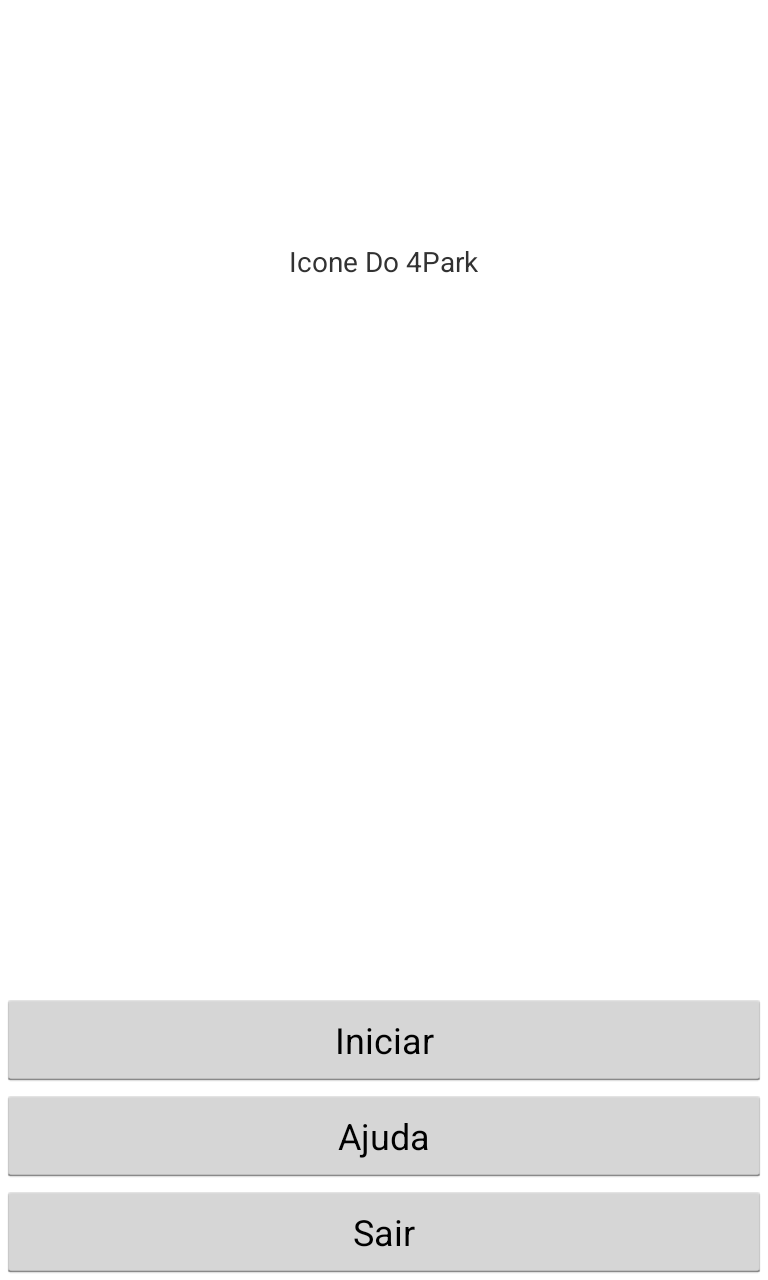
Repository: GustavoLucon/Archives
Layout: 4 park/TCC - old/4Park/res/layout/Tela_Inicial.xml
An editor plug-in stored every save of this project. The layout is shown before and after the next save, followed by the edit.
It is drawn on a 768 x 1280 px phone screen (xhdpi) without system bars, with theme AppTheme; the app's code is not run.

Above is the layout before, as saved 2012-10-10 16:13:28.

### 4 park/TCC - old/4Park/res/layout/Tela_Inicial.xml
<RelativeLayout xmlns:android="http://schemas.android.com/apk/res/android"
    xmlns:tools="http://schemas.android.com/tools"
    android:layout_width="match_parent"
    android:layout_height="match_parent" >

    <Button
        android:id="@+id/button3"
        android:layout_width="match_parent"
        android:layout_height="wrap_content"
        android:layout_alignParentBottom="true"
        android:layout_alignParentLeft="true"
        android:text="Sair" />

    <Button
        android:id="@+id/button2"
        android:layout_width="match_parent"
        android:layout_height="wrap_content"
        android:layout_above="@+id/button3"
        android:layout_alignParentLeft="true"
        android:text="Ajuda" />

    <Button
        android:id="@+id/button1"
        android:layout_width="match_parent"
        android:layout_height="wrap_content"
        android:layout_above="@+id/button2"
        android:layout_alignParentLeft="true"
        android:text="Iniciar" />

    <TextView
        android:id="@+id/textView1"
        android:layout_width="wrap_content"
        android:layout_height="wrap_content"
        android:layout_alignParentTop="true"
        android:layout_centerHorizontal="true"
        android:layout_marginTop="121dp"
        android:text="@string/hello_world"
        tools:context=".MainActivity" />

</RelativeLayout>

### 4 park/TCC - old/4Park/res/values/strings.xml
<resources>

    <string name="app_name">4Park</string>
    <string name="hello_world">Icone Do 4Park</string>
    <string name="menu_settings">Settings</string>
    <string name="title_activity_main">MainActivity</string>

</resources>

### 4 park/TCC - old/4Park/res/values/strings_2.xml
<resources>

    <string name="app_name">4Park</string>
    <string name="hello_world">Icone Do 4Park</string>
    <string name="menu_settings">Settings</string>
    <string name="title_activity_main">MainActivity</string>

</resources>

Loaded but not shown: 4 park/TCC - old/4Park/res/values-v11/styles.xml (common file); 4 park/TCC - old/4Park/res/values-v11/styles_2.xml (common file); 4 park/TCC - old/4Park/res/values-v14/styles.xml (common file); 4 park/TCC - old/4Park/res/values-v14/styles_2.xml (common file); 4 park/TCC - old/4Park/res/values/styles.xml (common file); 4 park/TCC - old/4Park/res/values/styles_2.xml (common file)

After the next save:
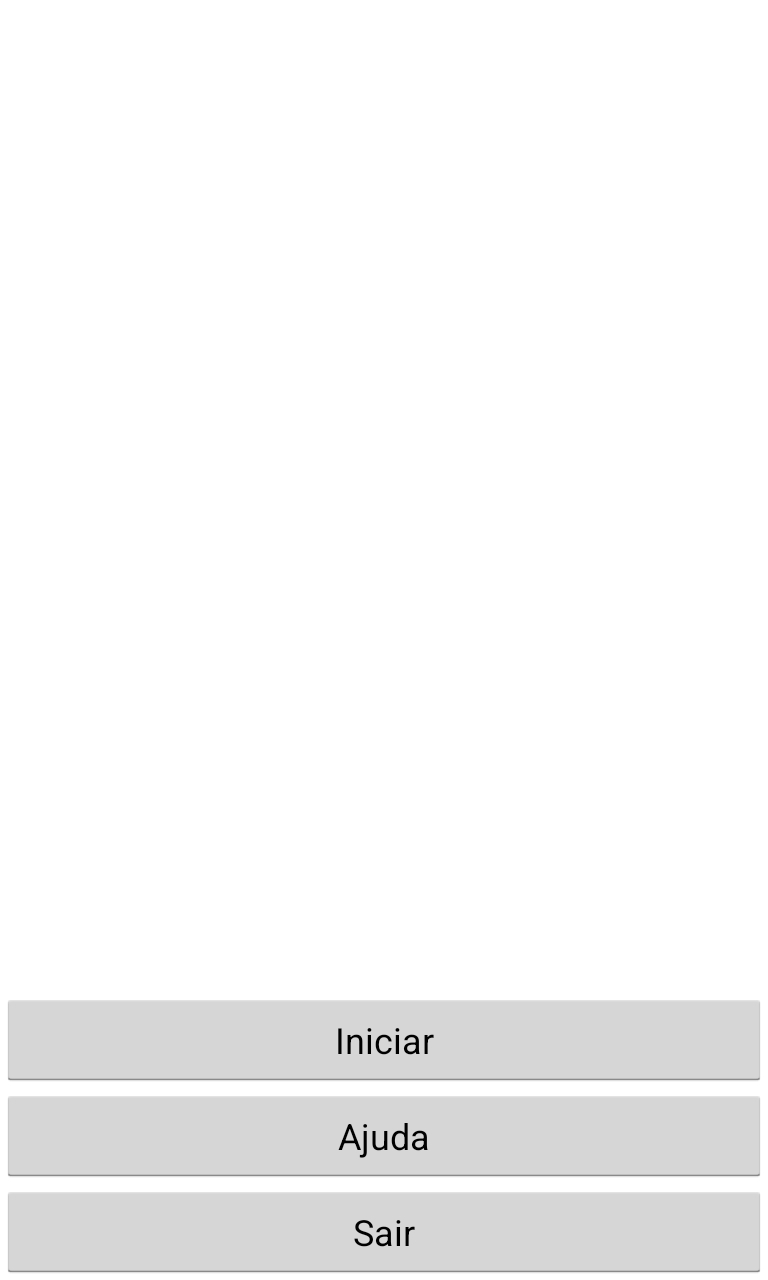
Saved 86 s later.
--- a/4 park/TCC - old/4Park/res/layout/Tela_Inicial.xml
+++ b/4 park/TCC - old/4Park/res/layout/Tela_Inicial.xml
@@ -27,14 +27,6 @@
         android:layout_alignParentLeft="true"
         android:text="Iniciar" />
 
-    <TextView
-        android:id="@+id/textView1"
-        android:layout_width="wrap_content"
-        android:layout_height="wrap_content"
-        android:layout_alignParentTop="true"
-        android:layout_centerHorizontal="true"
-        android:layout_marginTop="121dp"
-        android:text="@string/hello_world"
-        tools:context=".MainActivity" />
+
 
 </RelativeLayout>
